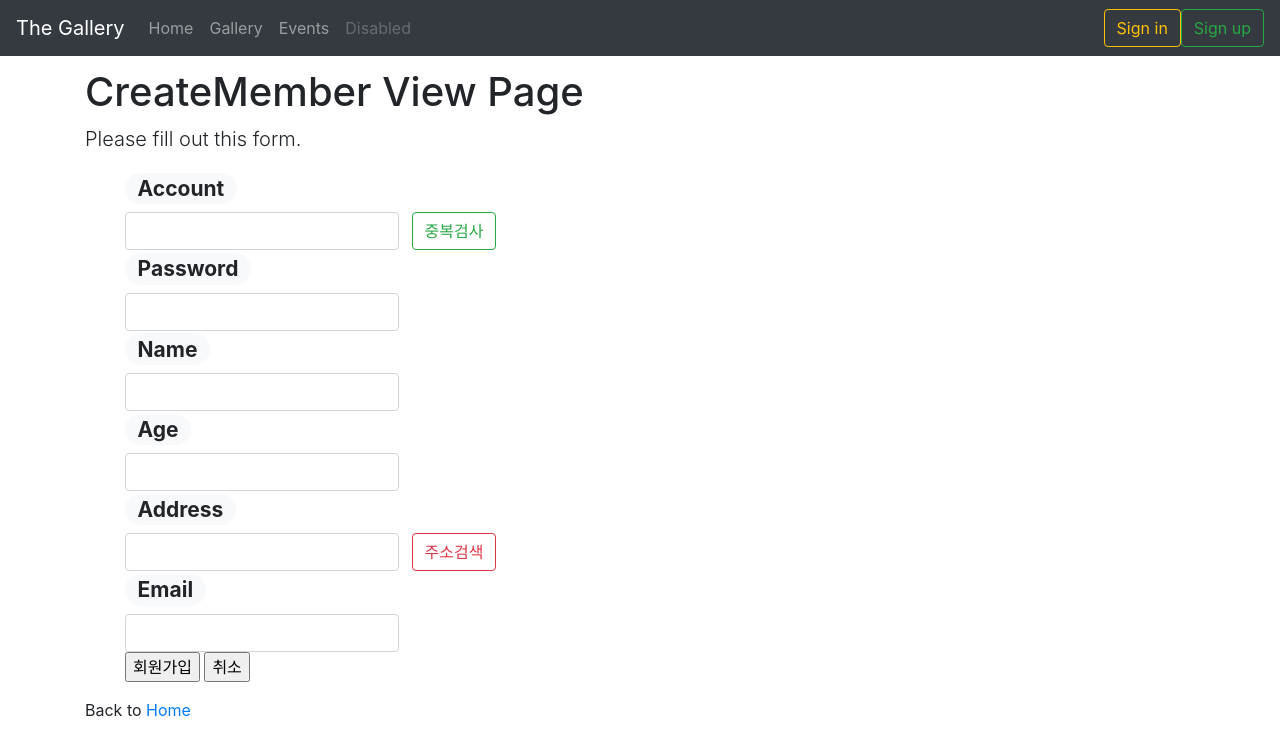
Repository: caramelsyrup/SpringProject1
Page: http://localhost/gallery/WEB-INF/views/member/createMember.jsp
An editor plug-in stored every save of this project. The page is shown before and after the next save, followed by the edit.
The browser window is 1280 px wide. The pictures show the whole page.
The page is served by Tomcat 9. Nobody is signed in. Other server files are loaded and not shown. The template is opened directly, without the code that normally fills it, so the values that code supplies are empty.

Above is the page before, as saved 2020-11-17 03:51:47.

### gallery/src/main/webapp/WEB-INF/views/member/createMember.jsp
<%@ page language="java" contentType="text/html; charset=UTF-8" pageEncoding="UTF-8"%>
<%@ include file="/resources/includes/header.jsp" %>
<!DOCTYPE html>
<html>
<head>
<meta charset="UTF-8">
<title>createMember Page</title>
</head>
<main role="main" class="flex-shrink-1" style="margin-top: 20px">
  <div class="container">
    <h1 class="mt-5">CreateMember View Page</h1>
    <p class="lead">Please fill out this form.</p>
    <form  class="form-inline mt-2 mt-md-0" action="/member/createMember" method="post" id="createForm">
		<ul style="list-style: none;">
			<li>
				<h3><span class="badge badge-pill badge-light">Account</span></h3>
				<!-- 회원 아이디, 시큐리티 떄문에 username으로 정함 -->
				<input class="form-control mr-sm-2" type="text" name="username" id="username"/>
				<button class="btn btn-outline-success my-2 my-sm-0" type="button" id="btnIDchk">중복검사</button>
			</li>
			<li>
				<h3><span class="badge badge-pill badge-light">Password</span></h3>
				<!-- 회원 비밀번호 -->
				<input class="form-control mr-sm-2" type="password" name="password" id="password"/>
			</li>
			<li>
				<h3><span class="badge badge-pill badge-light">Name</span></h3>
				<!-- 회원 이름 -->
				<input class="form-control mr-sm-2" type="text" name="membername" id="membername"/>
			</li>
			<li>
				<h3><span class="badge badge-pill badge-light">Age</span></h3>
				<!-- 회원 나이 -->
				<input class="form-control mr-sm-2" type="text" name="age" id="age"/>
			</li>
			<li>
				<h3><span class="badge badge-pill badge-light">Address</span></h3>
				<!-- 회원 주소 -->
				<input class="form-control mr-sm-2" type="text" name="address" id="address"/>
				<button class="btn btn-outline-danger my-2 my-sm-0" type="button" id="btnAddr">주소검색</button>
			</li>
			<li>
				<h3><span class="badge badge-pill badge-light">Email</span></h3>
				<!-- 회원 이메일주소 -->
				<input class="form-control mr-sm-2" type="email" name="email" id="email"/>
			</li>
			<li>
				<input type="button" id="btndoCreate" value="회원가입">
				<input type="reset" value="취소">
			</li>
		</ul>

	</form>
   <p>Back to <a href="/">Home</a></p>
  </div>
  	<script src="/resources/js/member.js"></script>
</main>


</body>
</html>

### gallery/src/main/webapp/resources/includes/header.jsp
<%@ taglib prefix="c" uri="http://java.sun.com/jsp/jstl/core" %>
<!DOCTYPE html>
<html>
<head>
<meta charset="UTF-8">
    <meta charset="utf-8">
    <meta name="viewport" content="width=device-width, initial-scale=1, shrink-to-fit=no">
    <meta name="description" content="">
    <meta name="author" content="Mark Otto, Jacob Thornton, and Bootstrap contributors">
    <meta name="generator" content="Jekyll v4.1.1">
<script src="https://code.jquery.com/jquery-3.5.1.js" integrity="sha256-QWo7LDvxbWT2tbbQ97B53yJnYU3WhH/C8ycbRAkjPDc=" crossorigin="anonymous"></script>
<!-- Latest compiled and minified CSS -->
<link rel="stylesheet" href="https://stackpath.bootstrapcdn.com/bootstrap/4.5.2/css/bootstrap.min.css">
<!-- Latest compiled JavaScript -->
<script src="https://stackpath.bootstrapcdn.com/bootstrap/4.5.2/js/bootstrap.min.js"></script>
</head>
<!-- 최상단 -->
<body class="d-flex flex-column h-100">
    <header>
  <!-- Fixed navbar -->
  <nav class="navbar navbar-expand-md navbar-dark fixed-top bg-dark">
    <a class="navbar-brand" href="#">The Gallery</a>
    <button class="navbar-toggler" type="button" data-toggle="collapse" data-target="#navbarCollapse" aria-controls="navbarCollapse" aria-expanded="false" aria-label="Toggle navigation">
      <span class="navbar-toggler-icon"></span>
    </button>
    <div class="collapse navbar-collapse" id="navbarCollapse">
      <ul class="navbar-nav mr-auto">
        <li class="nav-item">
          <a class="nav-link" href="#">Home <!-- <span class="sr-only">(current)</span> --> </a>
        </li>
        <li class="nav-item">
          <a class="nav-link" href="#">Gallery</a>
        </li>
        <li class="nav-item">
          <a class="nav-link" href="#">Events</a>
        </li>
        <li class="nav-item">
	        <c:if test="${member.auth==0}">
	          <a class="nav-link" href="#">Info</a>
	        </c:if>
        </li>
        <li class="nav-item">
          <a class="nav-link disabled" href="#" tabindex="-1" aria-disabled="true">Disabled</a>
        </li>
      </ul>
       <c:choose>
       	<c:when test="${empty member.username}">
       		<a class="btn btn-outline-warning my-2 my-sm-0" href="/member/createMember">Sign in</a>
      		<a class="btn btn-outline-success my-2 my-sm-0" href="/customLogin">Sign up</a>
      	</c:when>
      	<c:otherwise>
        	<a class="btn btn-outline-success my-2 my-sm-0" href="/customLogout">Logout</a>
        </c:otherwise>
        </c:choose>
    </div>
  </nav>
</header>

Loaded but not shown: gallery/src/main/webapp/resources/js/member.js (no copy from this time; the picture is the same without it)

After the next save:
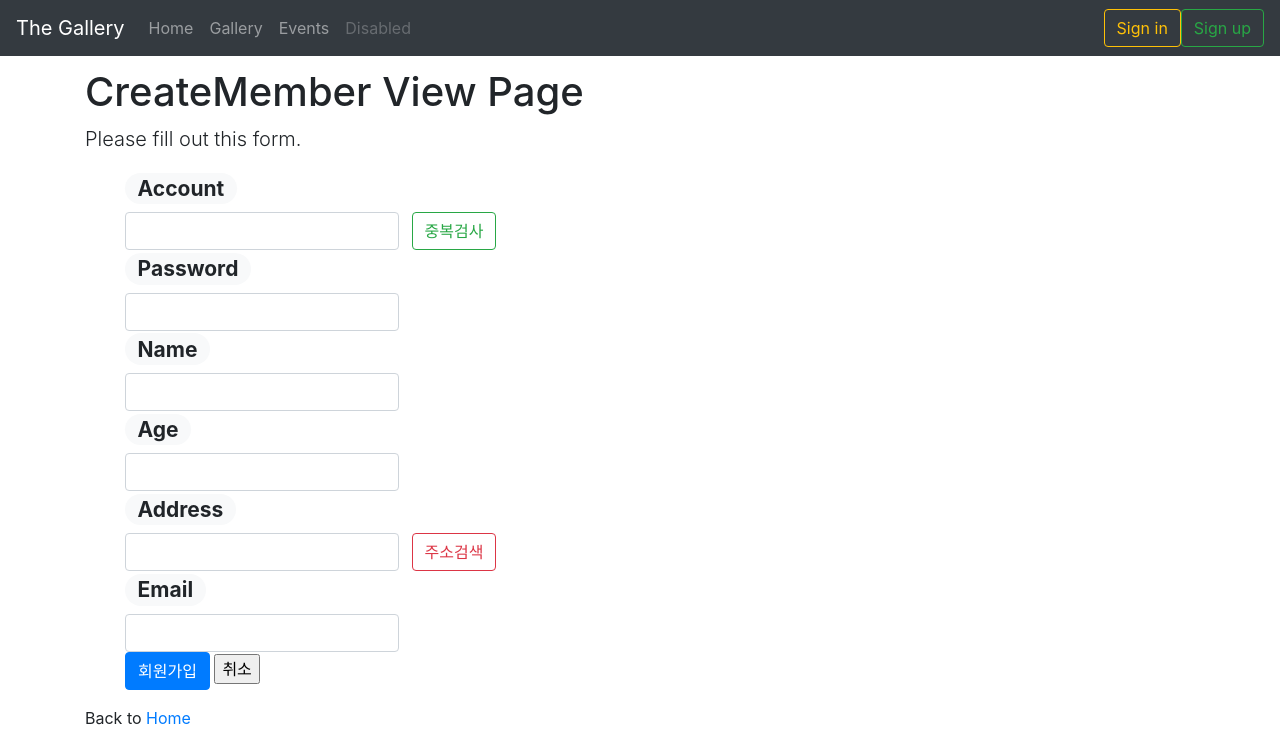
Saved 18 s later.
--- a/gallery/src/main/webapp/WEB-INF/views/member/createMember.jsp
+++ b/gallery/src/main/webapp/WEB-INF/views/member/createMember.jsp
@@ -45,7 +45,7 @@
 				<input class="form-control mr-sm-2" type="email" name="email" id="email"/>
 			</li>
 			<li>
-				<input type="button" id="btndoCreate" value="회원가입">
+				<input class="btn btn-primary" type="button" id="btndoCreate" value="회원가입">
 				<input type="reset" value="취소">
 			</li>
 		</ul>
